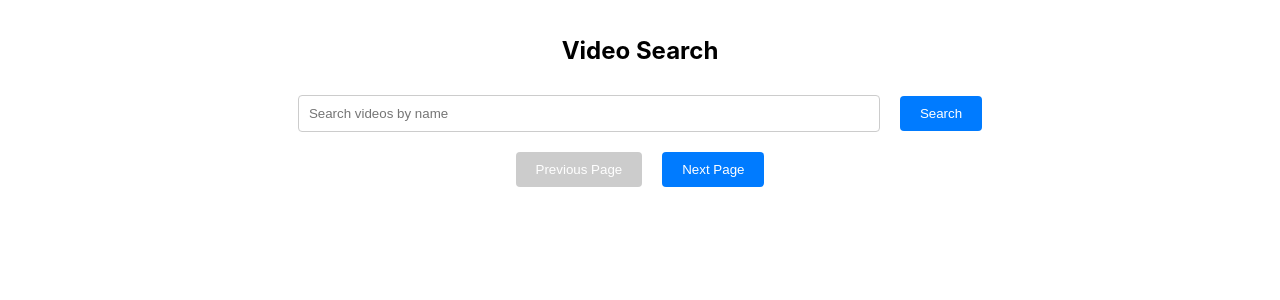
Repository: LolaSL/video-search
Page: /
The author's editor kept a copy of each file at every save. The page is drawn from the files as they stood at one save, then again after the next save.
The browser window is 1280 px wide. The pictures show the whole page.
The project was rebuilt for these pictures with package versions that can differ from the ones it lists, and the page was loaded fresh each time.

Above is the page before, as saved 2023-08-12 13:08:51.

After the next save:
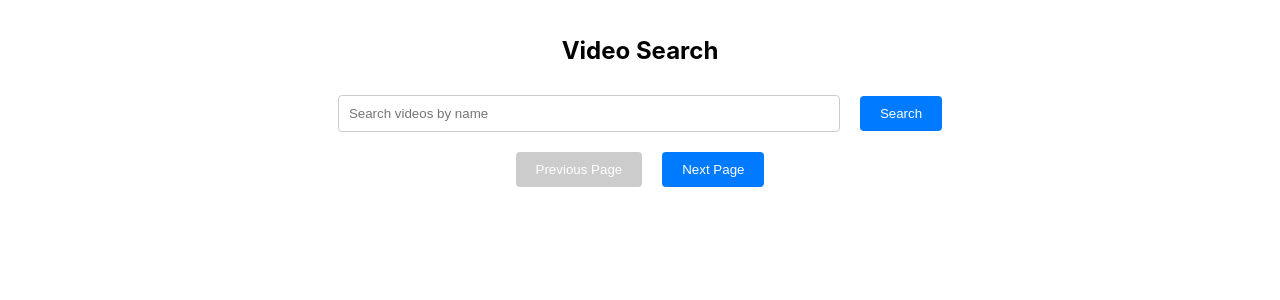
Saved 18 s later.
--- a/src/App.css
+++ b/src/App.css
@@ -18,7 +18,7 @@ h1 {
 
 input[type="text"] {
   padding: 10px;
-  width: 70%;
+  width: 60%;
   margin: 10px;
   border: 1px solid #ccc;
   border-radius: 4px;
